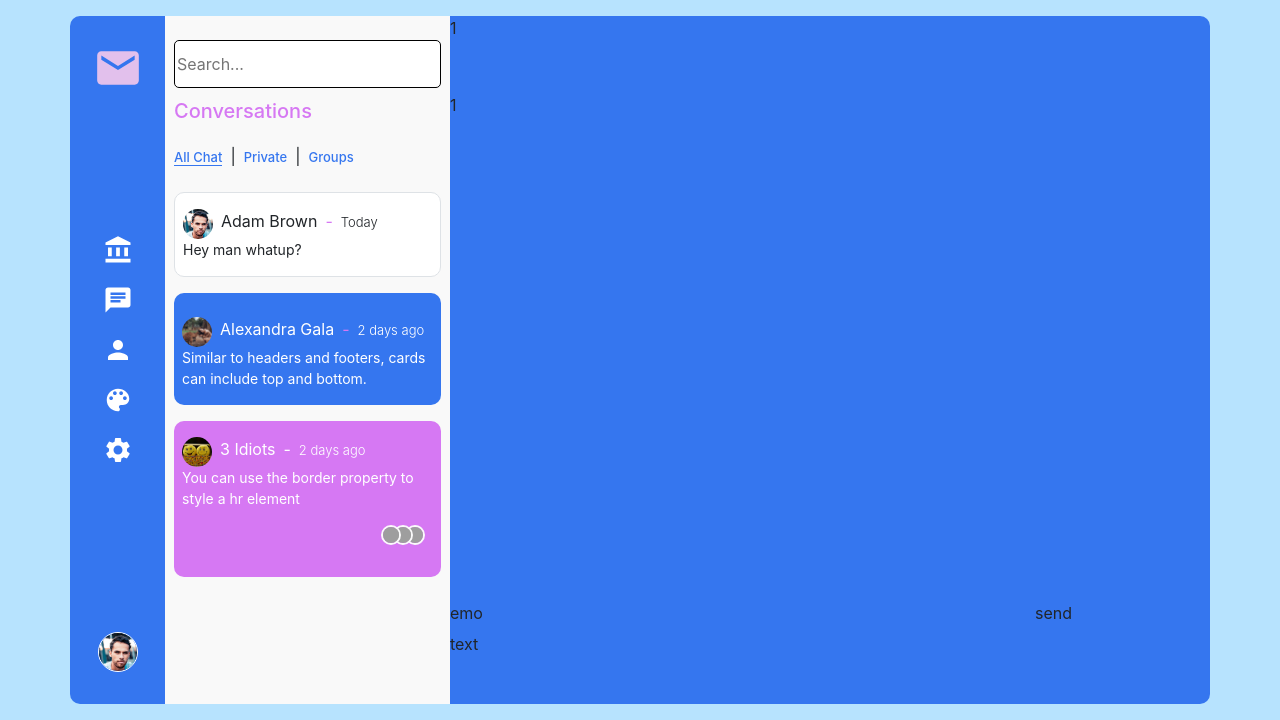
Repository: arafat877/super-chat
Page: /
These files come from the project's save history. The page is drawn as it stood at one moment and after the next save; the edit follows.
The browser window is 1280 px wide. The pictures show the whole page.
Pictures or frames that could not be fetched are drawn as grey boxes. The project was rebuilt for these pictures with package versions that can differ from the ones it lists, and the page was loaded fresh each time.

Above is the page before, as saved 2020-08-07 00:37:58.

### public/index.html
<!DOCTYPE html>
<html lang="en">
  <head>
    <meta charset="utf-8" />
    <meta name="viewport" content="width=device-width, initial-scale=1" />
    <meta name="theme-color" content="#000000" />
    <meta
      name="description"
      content="Chat application with node.js, express, react.js, mongoDb and socket.io"
    />
    <link rel="stylesheet" href="styles.css" />
    <link
      rel="stylesheet"
      href="https://maxcdn.bootstrapcdn.com/bootstrap/4.5.0/css/bootstrap.min.css"
      integrity="sha384-9aIt2nRpC12Uk9gS9baDl411NQApFmC26EwAOH8WgZl5MYYxFfc+NcPb1dKGj7Sk"
      crossorigin="anonymous"
    />
    <link
      href="https://fonts.googleapis.com/css2?family=Roboto:wght@100;300;400;500;700;900&display=swap"
      rel="stylesheet"
    />

    <title>Super Chat</title>
  </head>
  <body>
    <noscript>You need to enable JavaScript to run this app.</noscript>
    <div id="root"></div>
  </body>
</html>

### src/App.js
import React from "react";
import "./App.scss";
import {
  Email,
  Chat,
  Person,
  Settings,
  Palette,
  AccountBalance,
} from "@material-ui/icons";

import { Avatar } from '@material-ui/core';
import { AvatarGroup } from "@material-ui/lab";

function App() {
  return (
    <div className="appContainer vh-100 d-flex">
      <div className="container mt-3 mb-3 appWrapper">
        <div className="row h-100">
          <div className="col-1 d-none d-sm-none d-md-block container h-100 firstCol">
            <div className="row logoRow justify-content-center">
              <Email className="m-auto logo" />
            </div>
            <div className="row menuRow">
              <ul className="menuList m-auto p-0">
                <li className="menuItem">
                  <AccountBalance className="menuItemIcon" />
                </li>
                <li className="menuItem">
                  <Chat className="menuItemIcon" />
                </li>
                <li className="menuItem">
                  <Person className="menuItemIcon" />
                </li>
                <li className="menuItem">
                  <Palette className="menuItemIcon" />
                </li>
                <li className="menuItem">
                  <Settings className="menuItemIcon" />
                </li>
              </ul>
            </div>
            <div className="row photoRow justify-content-center">
              <img
                className="m-auto profilePhoto"
                src={require("./assets/m1.jpeg")}
                alt="profile"
              />
            </div>
          </div>
          <div className="col-3 container h-100 secondCol p-4">
            <div className="row searchRow">
              <input className="searchInput" placeholder="Search..." />
            </div>
            <div className="row convRow mt-2">
              <span className="convSpan">Conversations</span>
            </div>
            <div className="row selectRow">
              <ul className="selectionList p-0">
                <li
                  className="selectionListItem d-inline mr-2"
                  style={{ borderBottom: "solid 0.05px #3576ef" }}
                >
                  All Chat
                </li>
                |
                <li className="selectionListItem d-inline mr-2 ml-2">
                  Private
                </li>
                |
                <li className="selectionListItem d-inline mr-2 ml-2">Groups</li>
              </ul>
            </div>
            <div className="row groupsRow">
              <div className="container">
                <div className="row convCard pt-3 pb-3 pl-2 mt-3">
                  <img
                    className="userProfilePicture"
                    src={require("./assets/m1.jpeg")}
                    alt="User Profile"
                  />
                  <span className="userName ml-2">Adam Brown</span>
                  <span className="dash ml-2">-</span>
                  <span className="chatDate ml-2 mt-1">Today</span>
                  <hr className="hr"></hr>
                  <span className="text">Hey man whatup?</span>
                </div>

                <div className="row convCardHot pt-4 pb-3 pl-2 mt-3">
                  <img
                    className="userProfilePicture"
                    src={require("./assets/f1.jpeg")}
                    alt="User Profile"
                  />
                  <span className="userName ml-2">Alexandra Gala</span>
                  <span className="dash ml-2">-</span>
                  <span className="chatDate ml-2 mt-1">2 days ago</span>
                  <hr className="hr"></hr>
                  <span className="text">
                    Similar to headers and footers, cards can include top and
                    bottom.
                  </span>
                </div>

                <div className="row convCardGroup pt-3 pb-3 pl-2 mt-3">
                  <img
                    className="userProfilePicture"
                    src={require("./assets/g1.jpeg")}
                    alt="User Profile"
                  />
                  <span className="userName ml-2">3 Idiots</span>
                  <span className="dash ml-2">-</span>
                  <span className="chatDate ml-2 mt-1">2 days ago</span>
                  <hr className="hr"></hr>
                  <span className="text">
                    You can use the border property to style a hr element
                  </span>
                  <hr></hr>
                  <AvatarGroup max={3} className="p-3">
                    <Avatar
                      alt="Remy Sharp"
                      className="avatar"
                      src="/static/images/avatar/1.jpg"
                    />
                    <Avatar
                      alt="Travis Howard"
                      className="avatar"
                      src="/static/images/avatar/2.jpg"
                    />
                    <Avatar
                      alt="Cindy Baker"
                      className="avatar"
                      src="/static/images/avatar/3.jpg"
                    />
                  </AvatarGroup>
                </div>
              </div>
            </div>
          </div>
          <div className="col-8 container h-100 thirdCol">
            <div className="row chatInfo">1</div>
            <div className="row chatMessages">1</div>
            <div className="row chatInput">
              <div className="col-md-9 container">
                <div className="row inputEmoji">emo</div>
                <div className="row inputText">text</div>
              </div>
              <div className="col-md-3">send</div>
            </div>
          </div>
        </div>
      </div>
    </div>
  );
}

export default App;

### src/App.scss
.appContainer {
  background-color: #b7e3fe;

  .appWrapper {
    background-color: #3576ef;
    border-radius: 10px;

    .firstCol {
      .logoRow {
        height: 15%;

        .logo {
          font-size: 50px;
          color: rgb(226, 192, 236);
        }
      }
      .menuRow {
        height: 70%;

        .menuList {
          list-style: none;

          .menuItem {
            margin-bottom: 20px;

            .menuItemIcon {
              font-size: 30px;
              color: white;
            }
          }
        }
      }
      .photoRow {
        height: 15%;

        .profilePhoto {
          height: 40px;
          width: 40px;
          border: solid thin white;
          border-radius: 50%;
          object-fit: cover;
        }
      }
    }

    .secondCol {
      background-color: #f9f9f9;
      overflow-y: auto;

      .searchRow {
        height: 7.5%;

        .searchInput {
          width: 100%;
          border: solid 0.5px;
          background-color: white;
          border-radius: 5px;

          &:focus {
            outline: none;
          }
        }
      }
      .convRow {
        height: 7.5%;

        .convSpan {
          font-weight: 500;
          font-size: 20px;
          color: rgb(214, 120, 243);
        }
      }
      .selectRow {
        height: 5%;

        .selectionList {
          list-style: none;

          .selectionListItem {
            font-weight: 500;
            font-size: 13px;
            color: #3576ef;
          }
        }
      }
      .groupsRow {
        height: 80%;

        .convCard {

            background-color: white;
            border: solid 0.5px #dee2e6;
            border-radius: 10px;

          .userProfilePicture {
            height: 30px;
            width: 30px;
            border-radius: 50%;
            object-fit: cover;
          }

          .userName {
            // color: white;
          }

          .dash {
            color: rgb(214, 120, 243);
          }

          .chatDate {
            // color: white;
            font-size: 13px;
            font-weight: 300;
          }

          .hr {
            border-color: rgb(214, 120, 243);
            margin-bottom: 5px;
          }

          .text {
            // color: white;
            font-size: 14px;
          }
        }

        .convCardHot {
          background-color: #3576ef;
          border-radius: 10px;

          .userProfilePicture {
            height: 30px;
            width: 30px;
            border-radius: 50%;
            object-fit: cover;
          }

          .userName {
            color: white;
          }

          .dash {
            color: rgb(214, 120, 243);
          }

          .chatDate {
            color: white;
            font-size: 13px;
            font-weight: 300;
          }

          .hr {
            border-color: rgb(214, 120, 243);
            margin-bottom: 5px;
          }

          .text {
            color: white;
            font-size: 14px;
          }
        }

        .convCardGroup {
            background-color: rgb(214, 120, 243);
            border-radius: 10px;

            .userProfilePicture {
              height: 30px;
              width: 30px;
              border-radius: 50%;
              object-fit: cover;
            }

            .userName {
              color: white;
            }

            .dash {
              color: white;
            }

            .chatDate {
              color: white;
              font-size: 13px;
              font-weight: 300;
            }

            .hr {
              border-color: rgb(214, 120, 243);
              margin-bottom: 5px;
            }

            .text {
              color: white;
              font-size: 14px;
            }

            .avatar{
                height: 20px;
                width: 20px;
            }
          }
      }
    }

    .thirdCol {
      .chatInfo {
        height: 11.25%;
      }
      .chatMessages {
        height: 73.75%;
      }
      .chatInput {
        height: 15%;

        .inputEmoji {
          height: 30%;
        }
        .inputText {
          height: 70%;
        }
      }
    }
  }
}

Loaded but not shown: src/index.js (common file); public/styles.css (common file)

After the next save:
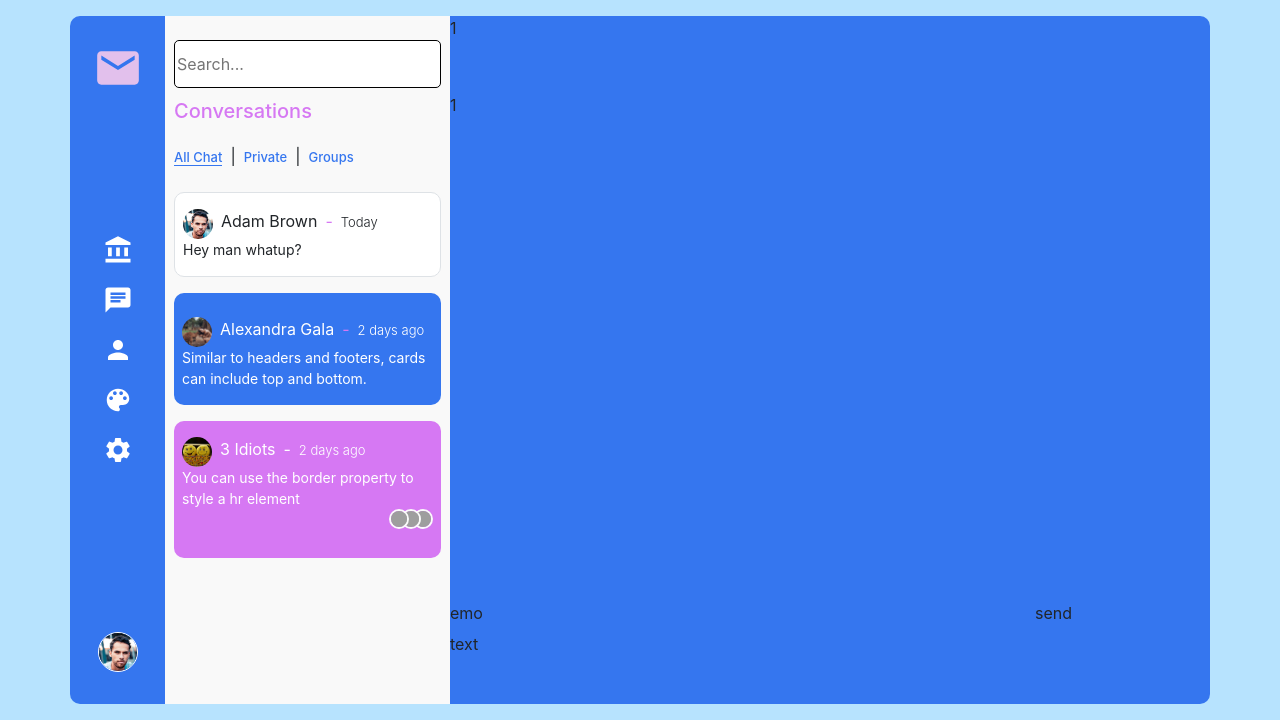
Saved 13 s later.
--- a/src/App.js
+++ b/src/App.js
@@ -116,7 +116,7 @@ function App() {
                     You can use the border property to style a hr element
                   </span>
                   <hr></hr>
-                  <AvatarGroup max={3} className="p-3">
+                  <AvatarGroup max={3} className="mr-2">
                     <Avatar
                       alt="Remy Sharp"
                       className="avatar"
